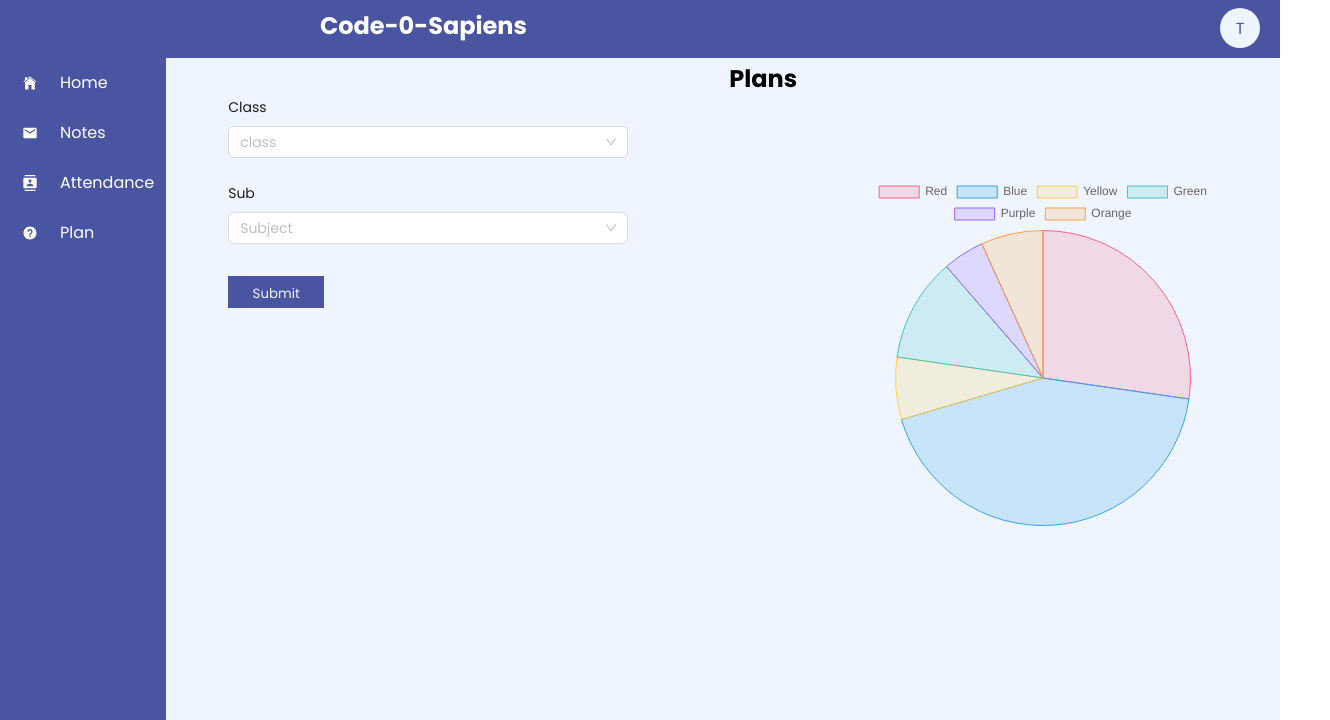
Repository: sinchana-P/code-0-sapiens
Page: /plans (app in client/)
An editor plug-in stored every save of this project. The page is shown before and after the next save, followed by the edit.
The browser window is 1280 px wide. The page is 1280 px wide, then 1330 px, so the pictures cover 1330 px, including what lies to the right of the window. The pictures show the whole page.
The project was rebuilt for these pictures with package versions that can differ from the ones it lists, and the page was loaded fresh each time. Also part of the build but not shown: client/src/components/auth/login/FormLayoutLogin.jsx, client/src/components/auth/login/Login.jsx, client/src/components/auth/register/FormLayoutRegister.jsx, client/src/components/auth/register/Register.jsx, client/src/components/homeScene/Home.jsx, client/src/components/notes/Notes.jsx, client/src/components/attendance/Attendance.jsx, client/src/components/profile/Profile.jsx and 5 more.

Above is the page before, as saved 2024-03-01 07:47:13.

After the next save:
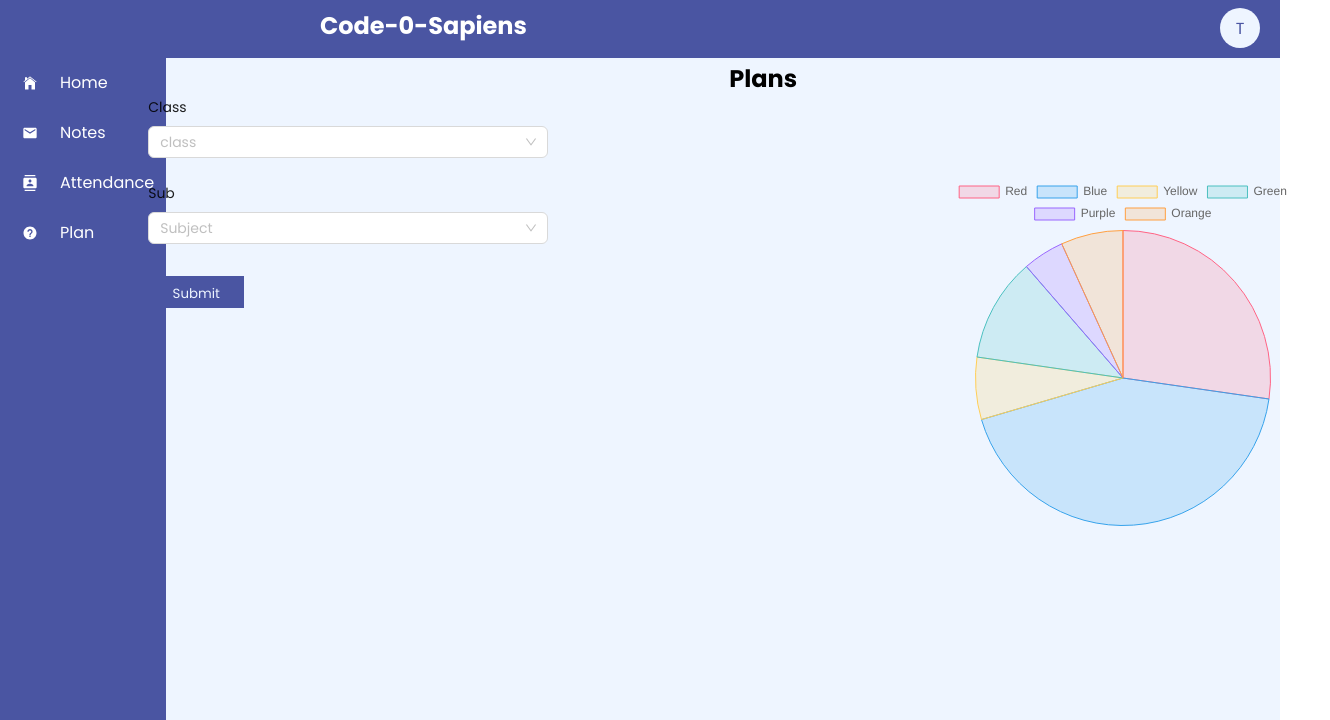
Saved 16 s later.
--- a/client/src/components/plans/Plans.css
+++ b/client/src/components/plans/Plans.css
@@ -26,7 +26,7 @@
 .plans-container-left {
     display: flex;
     flex-direction: column;
-    width: 40rem;
+    width: 50rem;
     /* background-color: green; */
 }
 .plans-container-right {
